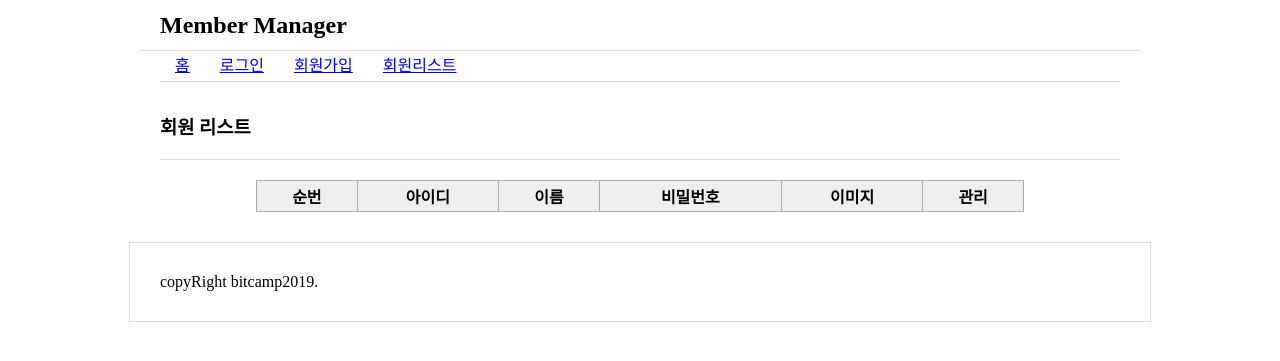
Repository: hhw9797/bitcampjn201904
Page: http://localhost/MemberManager/member/memberlist.jsp
The author's editor kept a copy of each file at every save. The page is drawn from the files as they stood at one save, then again after the next save.
The browser window is 1280 px wide. The pictures show the whole page.
The page is served by Tomcat 9. Other server files are loaded and not shown.

Above is the page before, as saved 2019-06-26 08:13:07.

### html/html5/jsp/MemberManager/WebContent/member/memberlist.jsp
<%@page import="member.MemberInfo"%>
<%@page import="java.util.Enumeration"%>
<%@ page language="java" contentType="text/html; charset=UTF-8"
	pageEncoding="UTF-8"%>
<%
	Enumeration<String> e = application.getAttributeNames();
%>
<!DOCTYPE html>
<html>
<head>
<meta charset="UTF-8">
<title>Insert title here</title>
<script src="https://code.jquery.com/jquery-1.12.4.js"></script>
<link href="/mm/css/default.css" rel="stylesheet" type="text/css">
<style>
	img.sumnail {
		height : 25px;
		margin : 2px;
	}

	table {
		width : 80%;
		margin : 0 auto;
		border : 0;
		border-collapse: collapse;
	}

	table td {
		padding : 3px;
		border : 1px solid #AAA;
	}

	table tr:first-child>td {
			text-align: center;
			background-color: #EEE;
			font-weight: bold;
	}
</style>
</head>
<body>

	<!-- 헤더 시작 -->
	<%@ include file="../frame/header.jsp"%>
	<!-- 헤더 끝 -->


	<!-- 네비게이션 시작 -->
	<%@ include file="../frame/nav.jsp"%>
	<!-- 네비게이션 끝 -->


	<!-- 컨텐츠 시작 -->
	<div id="contents">
		<h3>회원 리스트</h3>
		<hr>
		<table>
			<tr>
				<td>순번</td>
				<td>아이디</td>
				<td>이름</td>
				<td>비밀번호</td>
				<td>이미지</td>
				<td>관리</td>
			</tr>

			<!-- 리스트 반복 시작 -->
			<%
				int cnt = 0;

				while (e.hasMoreElements()) {

					String name = e.nextElement();

					Object obj = application.getAttribute(name);

					if (obj instanceof MemberInfo) {
						MemberInfo member = (MemberInfo)obj;
			%>
			<tr>
				<td><%= ++cnt %></td>
				<td><%= member.getuId() %></td>
				<td><%= member.getuName() %></td>
				<td><%= member.getuPW() %></td>
				<td><img class="sumnail" alt="회원 사진" src="../images/<%= member.getuPhoto()%>"></td>
				<td><a href="#">수정</a> | <a href="#">삭제</a></td>
			</tr>
			<%
				}
				}
			%>
			<!-- 리스트 반복 종료 -->
		</table>

	</div>
	<!-- 컨텐츠 끝 -->


	<!-- 푸터 시작 -->
	<%@ include file="../frame/footer.jsp"%>
	<!-- 푸터 끝 -->

</body>
</html>

### html/html5/jsp/MemberManager/WebContent/frame/header.jsp
<%@ page language="java" contentType="text/html; charset=UTF-8"
    pageEncoding="UTF-8"%>
<div id="header">
	<h2>Member Manager</h2>
</div>

### html/html5/jsp/MemberManager/WebContent/frame/nav.jsp
<%@ page language="java" contentType="text/html; charset=UTF-8"
    pageEncoding="UTF-8"%>
<div id="nav">
	<ul>
		<li><a href="<%= request.getContextPath() %>">홈</a></li>
		<li><a href="<%= request.getContextPath() %>/member/login.jsp">로그인</a></li>
		<li><a href="<%= request.getContextPath() %>/member/memberRegForm.jsp">회원가입</a></li>
		<li><a href="#">회원리스트</a></li>
	</ul>
</div>

### html/html5/jsp/MemberManager/WebContent/frame/footer.jsp
<%@ page language="java" contentType="text/html; charset=UTF-8"
    pageEncoding="UTF-8"%>
<div id="footer">
	copyRight bitcamp2019.
</div>

### html/html5/jsp/MemberManager/src/member/MemberInfo.java
package member;

import java.util.Date;

public class MemberInfo {
	// 각 변수의 저근 제어지시자는 private
		private String uId;
		private String uPW;
		private String uName;
		private String uPhoto;
		private Date regDate;


		// default 생성자 필수
		public MemberInfo() {
			this.regDate = new Date();
		}

		public MemberInfo(String uId, String uPW, String uName, String uPhoto) {
			super();
			this.uId = uId;
			this.uPW = uPW;
			this.uName = uName;
			this.uPhoto = uPhoto;
			this.regDate = new Date();
		}

		// 변수들의 Getter/Setter  시작

		public String getuId() {
			return uId;
		}

		public void setuId(String uId) {
			this.uId = uId;
		}

		public String getuPW() {
			return uPW;
		}

		public void setuPW(String uPW) {
			this.uPW = uPW;
		}

		public String getuName() {
			return uName;
		}

		public void setuName(String uName) {
			this.uName = uName;
		}

		public String getuPhoto() {
			return uPhoto;
		}

		public void setuPhoto(String uPhoto) {
			this.uPhoto = uPhoto;
		}

		public Date getRegDate() {
			return regDate;
		}

		public void setRegDate(Date regDate) {
			this.regDate = regDate;
		}


		// 데이터 확인을 위한 toString 오버라이딩
		@Override
		public String toString() {
			return "MemberInfo [uId=" + uId + ", uPW=" + uPW + ", uName=" + uName + ", uPhoto=" + uPhoto + ", regDate="
					+ regDate + "]";
		}

		// 화면 결과 출력을 위한 HTML 코드 반환
		public String makeHtmlDiv() {
			String str = "";

			str += "<div class=\"mInfor\"> \n";
			str += "	<h3> \n";
			str += "		" + uId + "("+ uName +")\n";
			str += "	</h3> \n";
			str += "	<p> \n";
			str += "		"+ uPW;
			str += "	</p> \n";
			str += "</div> \n";



			return str;
		}

		// MemberInfo 객체 -> LoginInfo 객체 반환
		public LoginInfo toLoginInfo() {

			return new LoginInfo(uId, uName, uPhoto);

		}





}

### html/html5/jsp/MemberManager/WebContent/css/default.css
@charset "UTF-8";

	* {
		margin : 0;
		padding : 0;
	}

	div {
		width : 960px;
		margin : 0 auto;
	}

	#header {
		height: 50px;
		padding : 0 20px;
		border-bottom : 1px solid #DDD;
	}

	#header>h2 {
		line-height: 50px;
	}

	#nav {
		height : 30px;
		border-bottom: 1px solid #DDD;
	}

	#nav>ul {
		overflow : hidden; /* 또는 contents 에서 clear both */
	}

	#nav>ul>li {
		list-style : none;
		float: left;
		padding: 0 15px;

		line-height: 30px;
	}

	#contents {
		padding : 30px;

	}

	hr {
		border: 0;
		border-bottom: 1px solid #DDD;
		margin: 20px 0;
	}

	#footer {
		border: 1px solid #DDD;
		padding: 30px;
	}

After the next save:
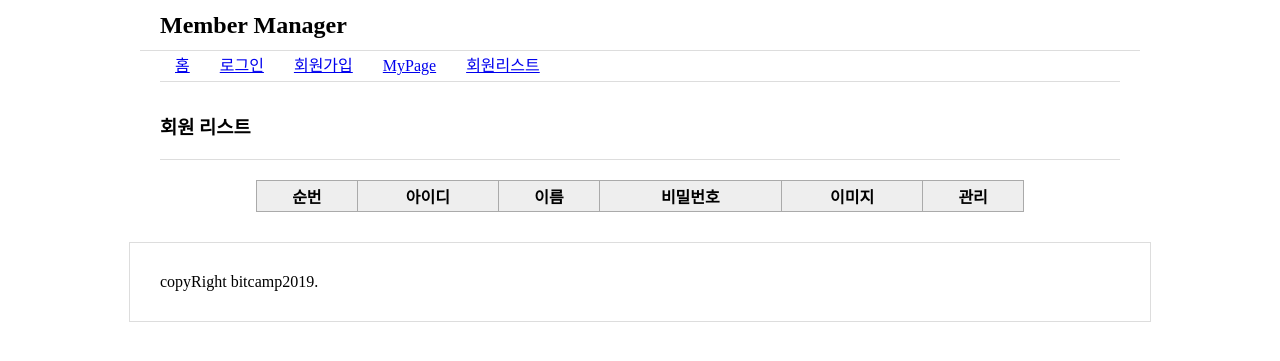
Saved 2 min 6 s later.
--- a/html/html5/jsp/MemberManager/WebContent/frame/nav.jsp
+++ b/html/html5/jsp/MemberManager/WebContent/frame/nav.jsp
@@ -5,6 +5,8 @@
 		<li><a href="<%= request.getContextPath() %>">홈</a></li>
 		<li><a href="<%= request.getContextPath() %>/member/login.jsp">로그인</a></li>
 		<li><a href="<%= request.getContextPath() %>/member/memberRegForm.jsp">회원가입</a></li>
-		<li><a href="#">회원리스트</a></li>
+		<li><a href="<%= request.getContextPath() %>/member/myPage.jsp">MyPage</a></li>
+		<li><a href="<%= request.getContextPath() %>/member/memberlist.jsp">회원리스트</a></li>
+
 	</ul>
 </div>
